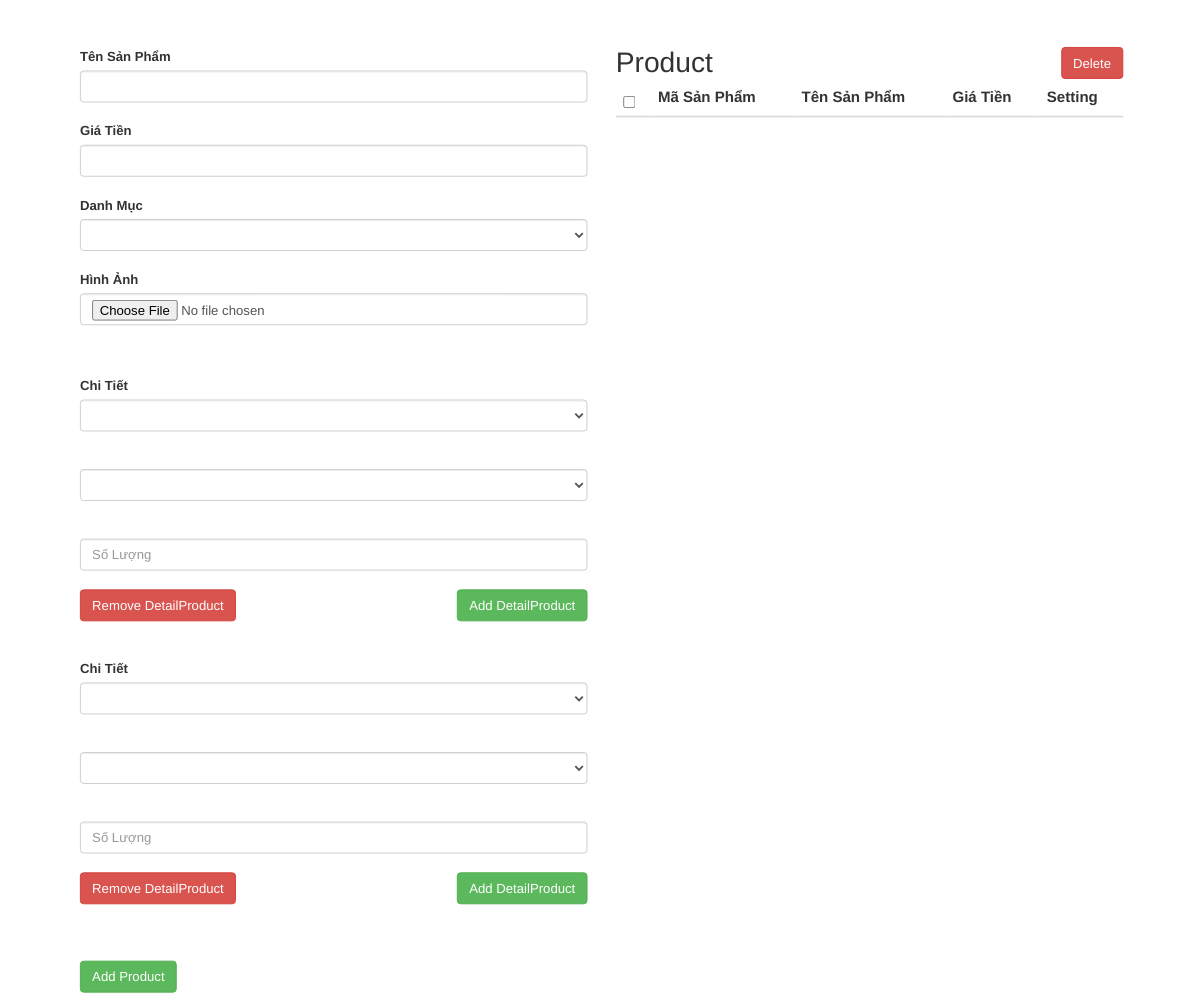
Repository: tiendungnguyen738/shoponline
Page: http://localhost/shoponline/WEB-INF/views/Product_Admin.jsp
These files come from the project's save history. The page is drawn as it stood at one moment and after the next save; the edit follows.
The browser window is 1280 px wide. The pictures show the whole page, at 94% of full size.
Some web libraries are served in a nearby version. The page is served by Tomcat 9. Nobody is signed in. The template is opened directly, without the code that normally fills it, so the values that code supplies are empty.

Above is the page before, as saved 2019-09-23 13:53:50.

After the next save:
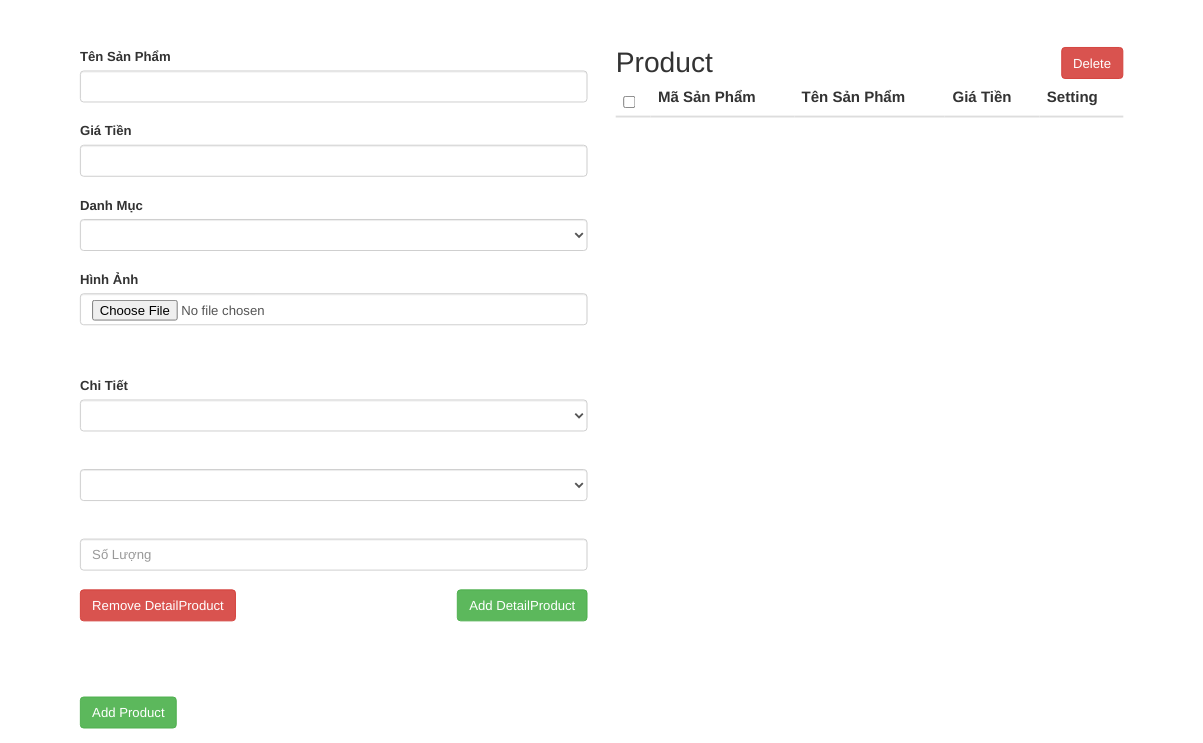
Saved 2 min 0 s later.
--- a/shoponline/src/main/webapp/WEB-INF/views/Product_Admin.jsp
+++ b/shoponline/src/main/webapp/WEB-INF/views/Product_Admin.jsp
@@ -6,6 +6,7 @@
     <title>Product-Manage</title>
     <meta charset="utf-8">
     <link rel="stylesheet" href="https://maxcdn.bootstrapcdn.com/bootstrap/3.4.0/css/bootstrap.min.css">
+   	<link rel="stylesheet" href="<c:url value='/resources/admin/product-admin.css'/>"/>
 </head>
 <body>
     <div class="container" style="margin-top: 50px;">
